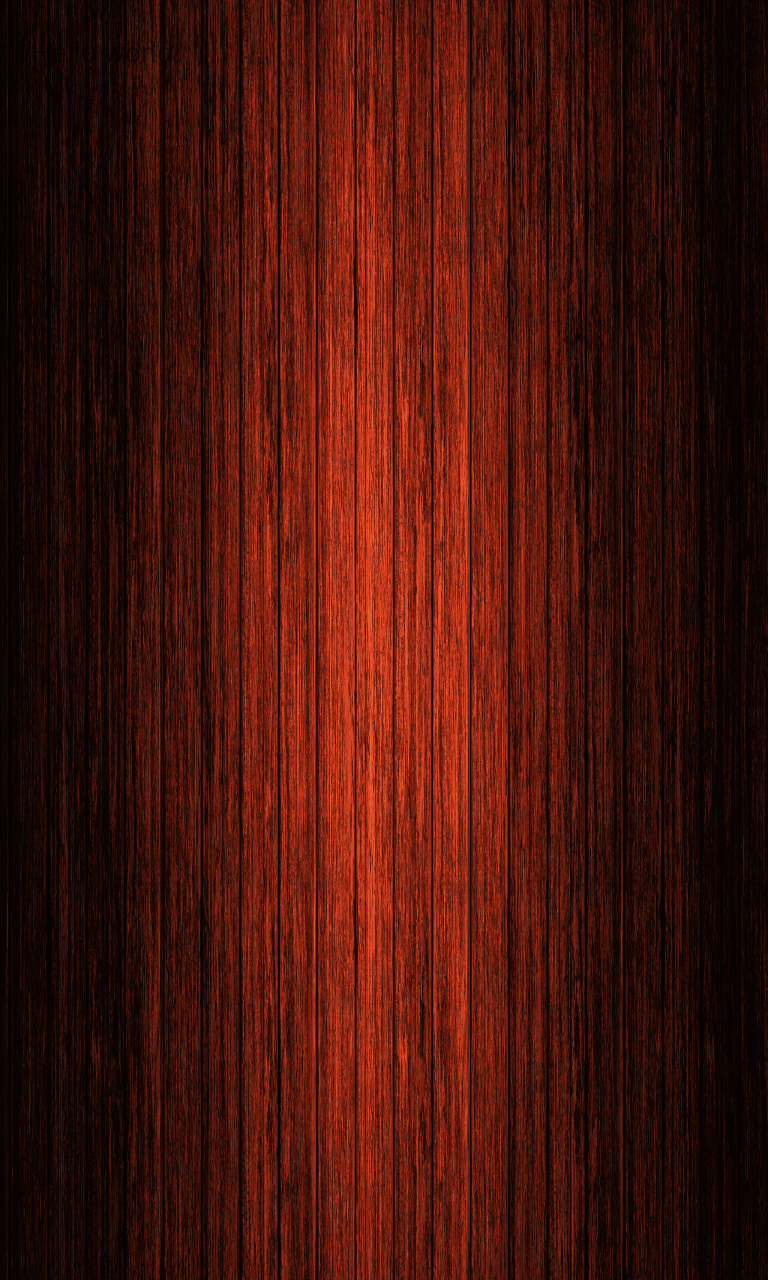
Repository: Hedlundaren/androidmenu
Layout: startmenu/res/layout/activity_main.xml
The author's editor kept a copy of each file at every save. The layout is drawn from the files as they stood at one save, then again after the next save.
It is drawn on a 768 x 1280 px phone screen (xhdpi) without system bars, with theme AppTheme; the app's code is not run.

Above is the layout before, as saved 2014-11-05 17:11:51.

### startmenu/res/layout/activity_main.xml
<RelativeLayout xmlns:android="http://schemas.android.com/apk/res/android"
    xmlns:tools="http://schemas.android.com/tools"
    android:layout_width="match_parent"
    android:layout_height="match_parent"
    android:paddingBottom="@dimen/activity_vertical_margin"
    android:paddingLeft="@dimen/activity_horizontal_margin"
    android:paddingRight="@dimen/activity_horizontal_margin"
    android:paddingTop="@dimen/activity_vertical_margin"
    tools:context="com.example.startmenu.MainActivity"
    android:background="@drawable/redwall">

    <TextView
        android:layout_width="wrap_content"
        android:layout_height="wrap_content"
        android:text="@string/hello_world" />

</RelativeLayout>

### startmenu/res/values/strings.xml
<?xml version="1.0" encoding="utf-8"?>
<resources>

    <string name="app_name">startmenu</string>
    <string name="hello_world">Hello world!</string>
    <string name="action_settings">Settings</string>

</resources>

Loaded but not shown: startmenu/res/values/styles.xml (common file); startmenu/res/values-v11/styles.xml (common file); startmenu/res/values-v14/styles.xml (common file); startmenu/res/values/dimens.xml (common file); startmenu/res/values-w820dp/dimens.xml (common file)

After the next save:
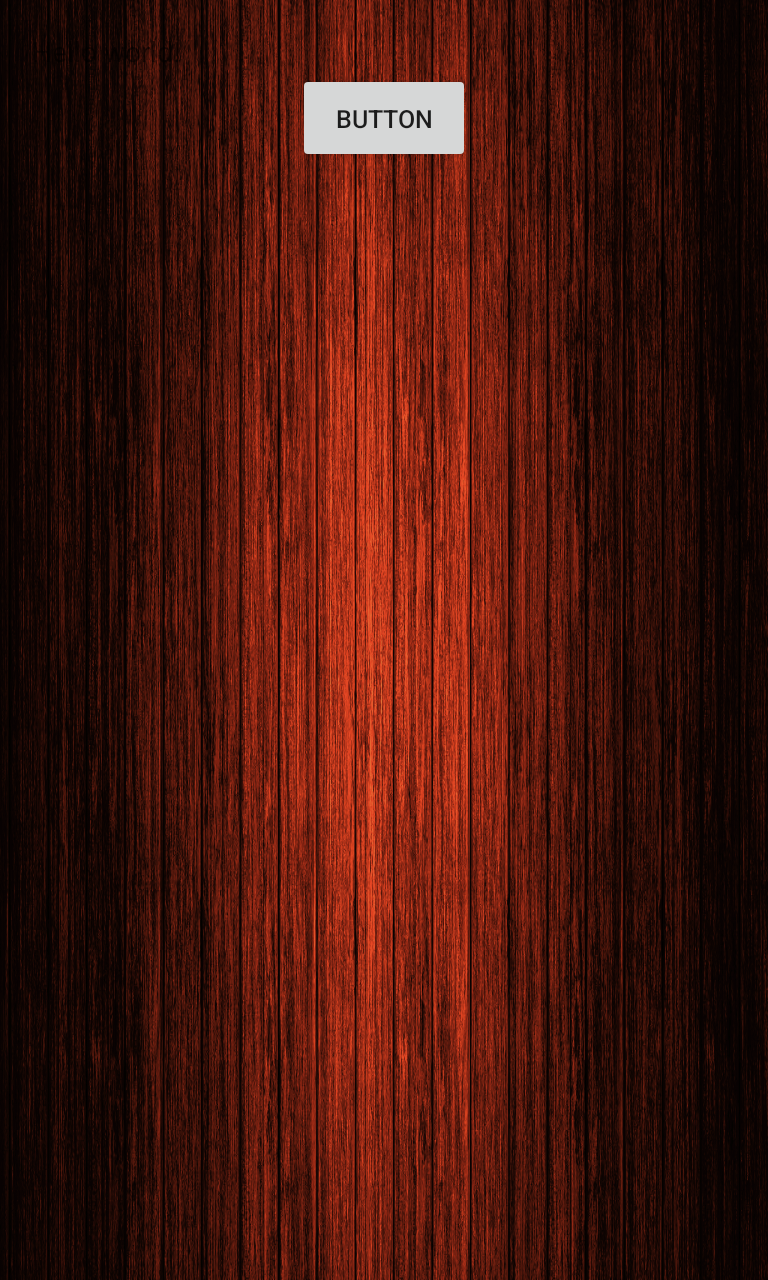
Saved 4 min 33 s later.
--- a/startmenu/res/layout/activity_main.xml
+++ b/startmenu/res/layout/activity_main.xml
@@ -2,16 +2,26 @@
     xmlns:tools="http://schemas.android.com/tools"
     android:layout_width="match_parent"
     android:layout_height="match_parent"
+    android:background="@drawable/redwall"
     android:paddingBottom="@dimen/activity_vertical_margin"
     android:paddingLeft="@dimen/activity_horizontal_margin"
     android:paddingRight="@dimen/activity_horizontal_margin"
     android:paddingTop="@dimen/activity_vertical_margin"
-    tools:context="com.example.startmenu.MainActivity"
-    android:background="@drawable/redwall">
+    tools:context="com.example.startmenu.MainActivity" >
 
     <TextView
+        android:id="@+id/textView1"
         android:layout_width="wrap_content"
         android:layout_height="wrap_content"
         android:text="@string/hello_world" />
 
+    <Button
+        android:id="@+id/button1"
+        android:layout_width="wrap_content"
+        android:layout_height="wrap_content"
+        android:layout_below="@+id/textView1"
+        android:layout_centerHorizontal="true"
+        android:text="Button"
+        android:textSize="25px" />
+
 </RelativeLayout>
